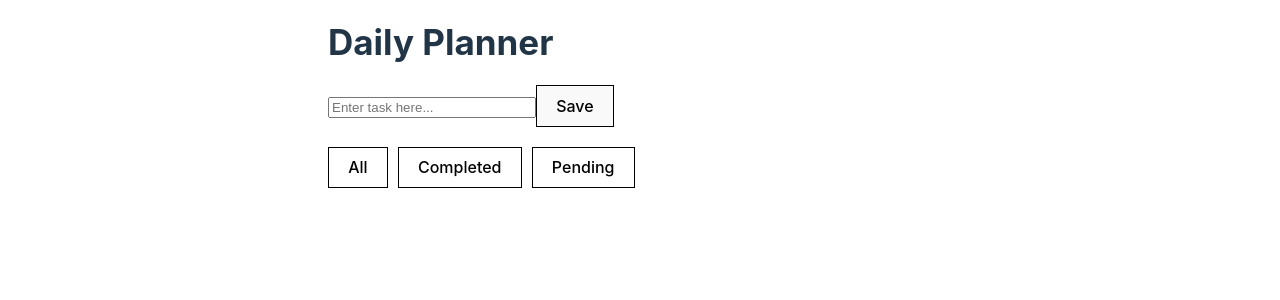
Repository: leslie179/lab4
Page: / (app in lab4/)
The author's editor kept a copy of each file at every save. The page is drawn from the files as they stood at one save, then again after a run of saves.
The browser window is 1280 px wide. The pictures show the whole page.
The project was rebuilt for these pictures with package versions that can differ from the ones it lists, and the page was loaded fresh each time. Also part of the build but not shown: lab4/vite.config.js, lab4/src/components/Task.jsx.

Above is the page before, as saved 2024-10-27 18:28:42.

### lab4/src/App.jsx
import { useState } from 'react'
import './App.css'

import Task from './components/Task'
import TaskForm from './components/TaskForm'

function App() {
  const [tasks, setTasks] = useState([])
  const [filter, setFilter] = useState("All")
  return (
    <div>
      <h1>Daily Planner</h1>
      <TaskForm setTasks={setTasks}/>
      <button className="filter-button" onClick={() => setFilter("All")}>All</button>
      <button className="filter-button" onClick={() => setFilter("Completed")}>Completed</button>
      <button className="filter-button" onClick={() => setFilter("Pending")}>Pending</button>
      <ul>
        {tasks && tasks.filter((task) => {
          if (filter === "All") {
            return true
          } else if (filter === "Completed") {
            return task.completed
          } else if (filter === "Pending") {
            return !task.completed
          }

          return true // not really necessary
        }).map((task, i) => {
          return <Task task={task} setTasks={setTasks} index={i} />
        })}
      </ul>

    </div>
  )
}

export default App

### lab4/src/App.css
#root {
  max-width: 1280px;
  text-align: left;
  padding-left: 20rem;
}

h1{
  font-size: 35px;
}

.filter-button{
  border: 1px solid black;
  background-color: white;
  margin-right: 10px;
  margin-top: 20px;
  border-radius: 0px;
}

.save{
  background-color: #00800;
  border-radius: 0px;
  border: 1px solid black;
}

.input{
width:200px;
}

.read-the-docs {
  color: #888;
}

### lab4/src/components/TaskForm.jsx
import { useState } from "react"

function TaskForm({ setTasks }) {
    const [currentTask, setCurrentTask] = useState()
    const save = () => {
        setTasks((currentTasks) => { // trick to get current state
            // im just naming it tmp for temporary
            const tmpTasks = [...currentTasks] // deep copy (tmpTasks is just a copy of currentTasks cause you cant just copy an array)
            tmpTasks.push({ task: currentTask, completed: false })
            return tmpTasks
        })
        setCurrentTask("")
    }
    // the onChange is a function that runs everytime the input text changes
    // everytime the input text changes update the state with the value of the text input
    return <div>
        <input className="input" type="text" onChange={(e) => setCurrentTask(e.target.value)} placeholder="Enter task here..."/>
        <button className="save" onClick={() => save()}>Save</button>
    </div>
}

export default TaskForm

Loaded but not shown: lab4/index.html (common file); lab4/src/main.jsx (common file); lab4/src/index.css (common file)

After the next 2 saves:
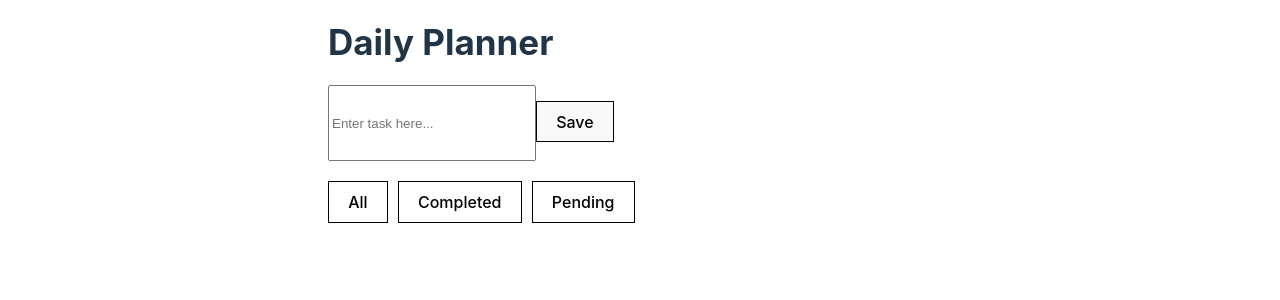
The 2 saves are shown as one change because they came seconds apart.
The last was saved 15 s later.
--- a/lab4/src/App.css
+++ b/lab4/src/App.css
@@ -24,6 +24,7 @@ h1{
 
 .input{
 width:200px;
+height:70px
 }
 
 .read-the-docs {
